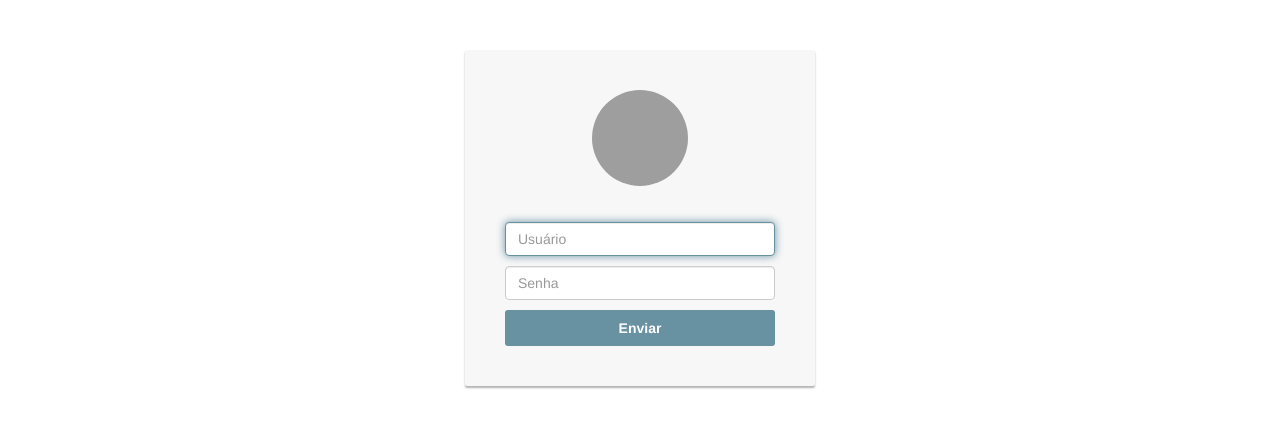
Repository: JacksonPassos/JAAS
Page: http://localhost/gerenciador/user/allowed.jsp
The author's editor kept a copy of each file at every save. The page is drawn from the files as they stood at one save, then again after the next save.
The browser window is 1280 px wide. The pictures show the whole page.
Pictures or frames that could not be fetched are drawn as grey boxes. The page is served by Tomcat 9.

Above is the page before, as saved 2017-05-17 04:04:53.
Console error: ReferenceError: $ is not defined

After the next save:
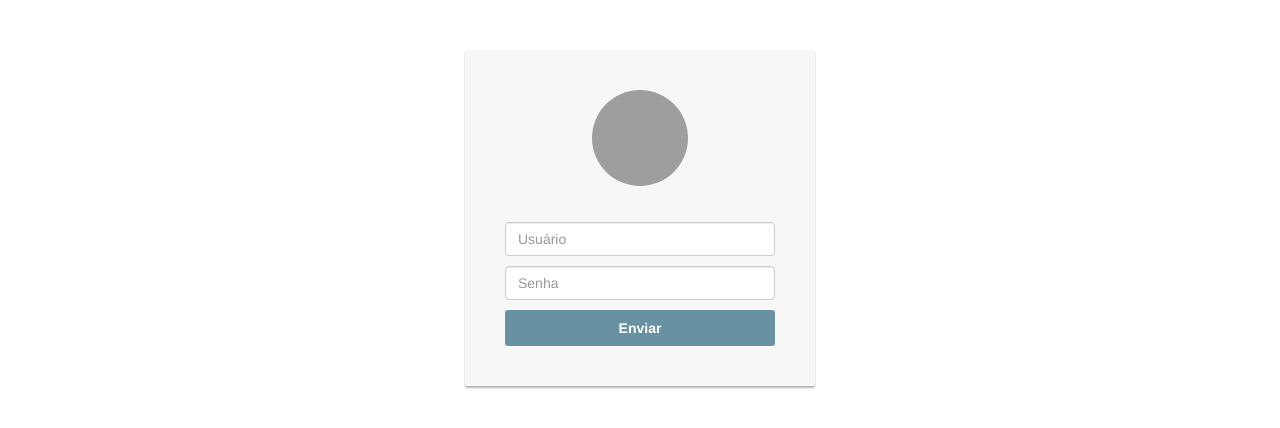
Saved 11 h 7 min later.
--- a/gerenciador/WebContent/jsp/login.jsp
+++ b/gerenciador/WebContent/jsp/login.jsp
@@ -245,7 +245,7 @@
 
             <form class="form-signin" action="j_security_check" method="post">
                 <span id="reauth-email" class="reauth-email"></span>
-                <input id="j_username" name="j_username" type="text" class="form-control" placeholder="Usuário" required autofocus>
+                <input id="j_username" name="j_username" type="text" class="form-control" placeholder="Usuário">
                 <input id="j_password" name="j_password" type="password" class="form-control" placeholder="Senha" required>
 
                	<input class="btn btn-lg btn-primary btn-block btn-signin" type="submit" value="Enviar">

After the save that followed:
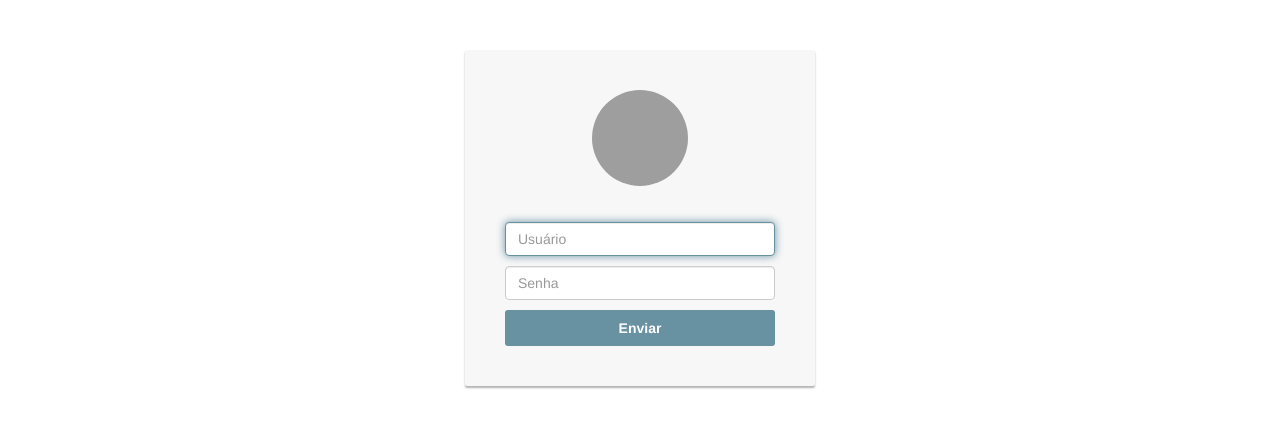
Saved 5 s later.
--- a/gerenciador/WebContent/jsp/login.jsp
+++ b/gerenciador/WebContent/jsp/login.jsp
@@ -245,7 +245,7 @@
 
             <form class="form-signin" action="j_security_check" method="post">
                 <span id="reauth-email" class="reauth-email"></span>
-                <input id="j_username" name="j_username" type="text" class="form-control" placeholder="Usuário">
+                <input id="j_username" name="j_username" type="text" class="form-control" placeholder="Usuário" required autofocus>
                 <input id="j_password" name="j_password" type="password" class="form-control" placeholder="Senha" required>
 
                	<input class="btn btn-lg btn-primary btn-block btn-signin" type="submit" value="Enviar">
